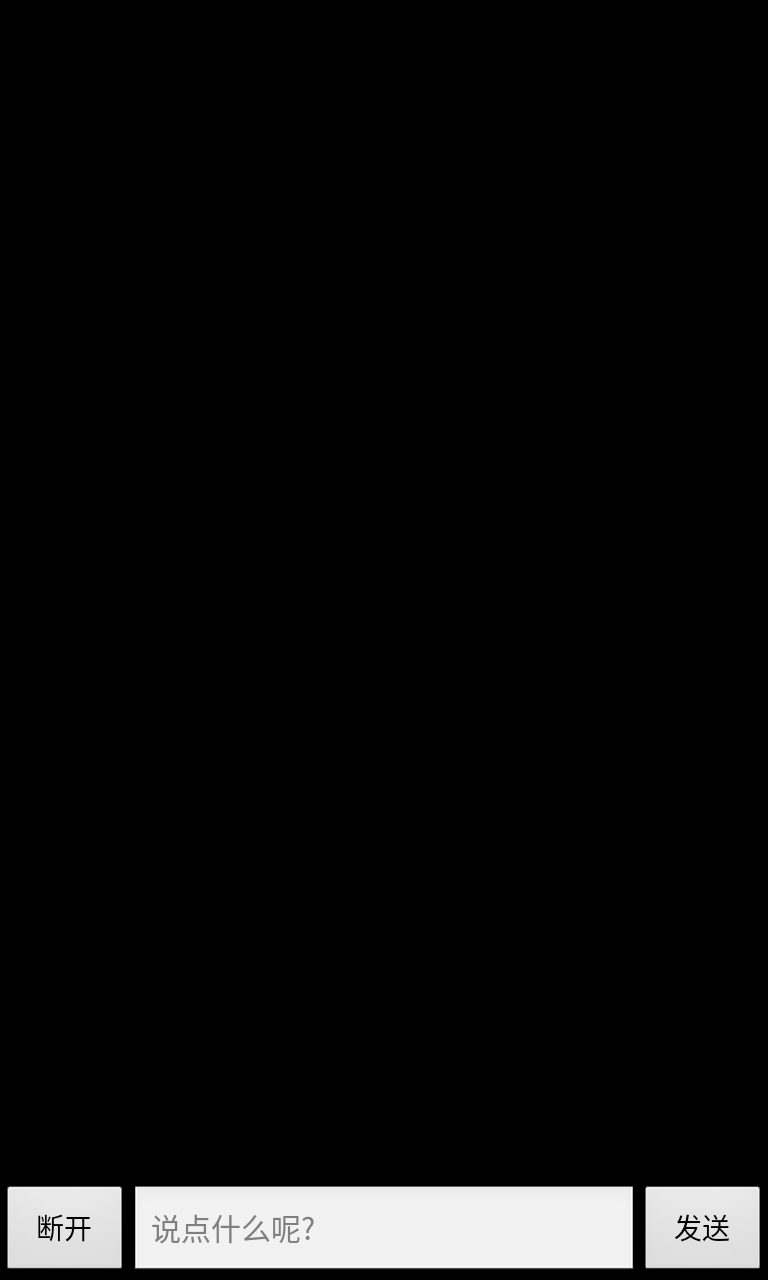
Repository: yihu0817/AndroidDemo
Layout: 蓝牙/AndroidBluetooth/res/layout/chat_layout.xml
The author's editor kept a copy of each file at every save. The layout is drawn from the files as they stood at one save, then again after the next save.
It is drawn on a 768 x 1280 px phone screen (xhdpi) without system bars, with theme android:Theme; the app's code is not run. Lists and similar views that code fills are empty.

Above is the layout before, as saved 2015-03-20 02:09:44.

### 蓝牙/AndroidBluetooth/res/layout/chat_layout.xml
<?xml version="1.0" encoding="utf-8"?>
<RelativeLayout xmlns:android="http://schemas.android.com/apk/res/android"
   android:id = "@+id/container"
    android:orientation="vertical"
    android:layout_width="fill_parent"
    android:layout_height="fill_parent"
    >

    <RelativeLayout
	  android:layout_width="fill_parent"
	  android:layout_height="wrap_content"
	  android:id= "@+id/edit_bottombar"
	  android:layout_alignParentBottom = "true">

        <Button android:id="@+id/btn_disconnect"
			android:layout_width="65dp"
			android:layout_height="wrap_content"
			android:layout_alignParentLeft ="true"
			android:text="断开"/>

		<Button android:id="@+id/send_message_btn"
			android:layout_width="65dp"
			android:layout_height="wrap_content"
			android:layout_alignParentRight ="true"
			android:text="发送"/>
		<EditText
	         android:layout_width="fill_parent"
	      	 android:layout_height = "wrap_content"
	      	 android:layout_toLeftOf="@id/send_message_btn"
	      	 android:layout_toRightOf="@+id/btn_disconnect"
	      	 android:hint = "说点什么呢?"
	      	 android:textSize="15dip"
	      	 android:id = "@+id/send_message_edit"/>
	</RelativeLayout>

	 <ListView
	    android:id="@+id/list"
	    android:layout_width="fill_parent"
	    android:layout_height="fill_parent"
	    android:scrollingCache="false"
	    android:divider="#ffc6c6c6"
	    android:layout_weight="1.0"
	    android:layout_above = "@id/edit_bottombar"
	    android:layout_below="@id/container"
	    />
</RelativeLayout>

After the next save:
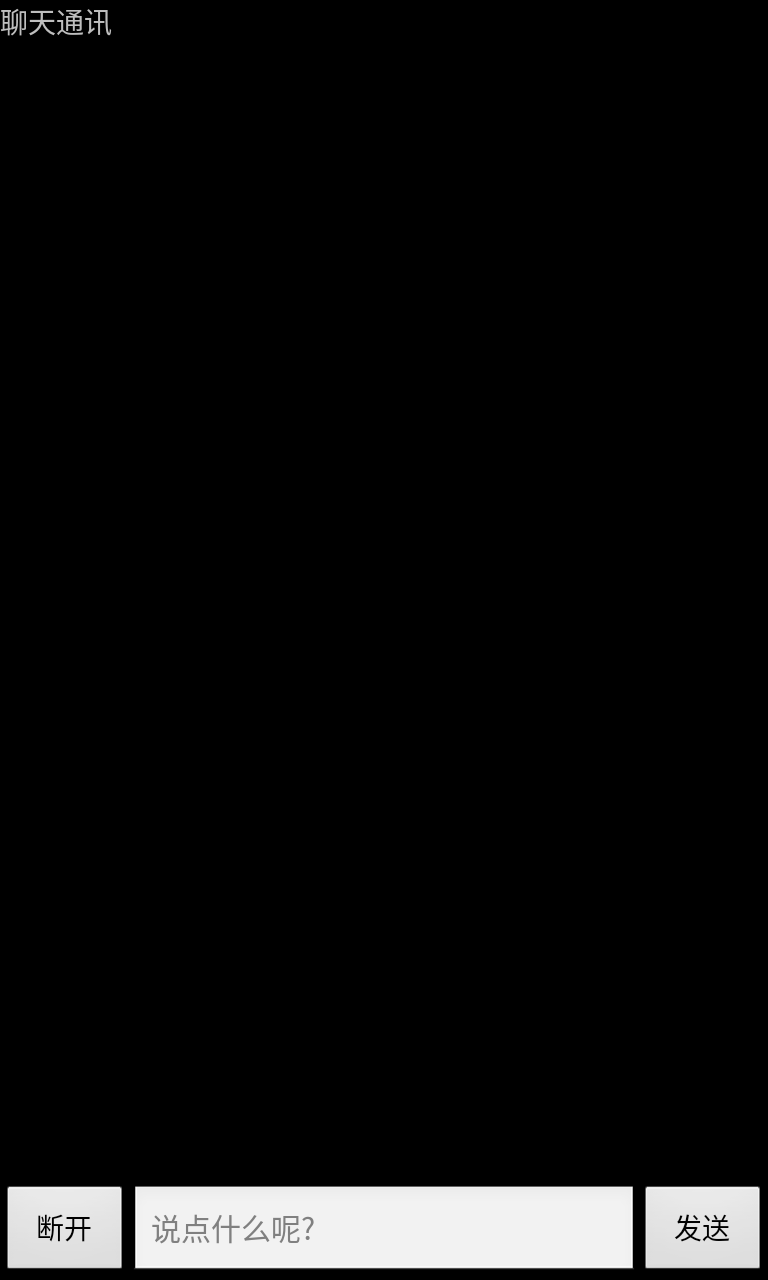
Saved 3 min 44 s later.
--- a/蓝牙/AndroidBluetooth/res/layout/chat_layout.xml
+++ b/蓝牙/AndroidBluetooth/res/layout/chat_layout.xml
@@ -5,7 +5,10 @@
     android:layout_width="fill_parent"
     android:layout_height="fill_parent"
     >
-
+    <TextView android:id="@+id/titletxt"
+         android:layout_width="fill_parent"
+	  android:layout_height="40dp"
+	  android:text="聊天通讯"/>"
     <RelativeLayout
 	  android:layout_width="fill_parent"
 	  android:layout_height="wrap_content"
